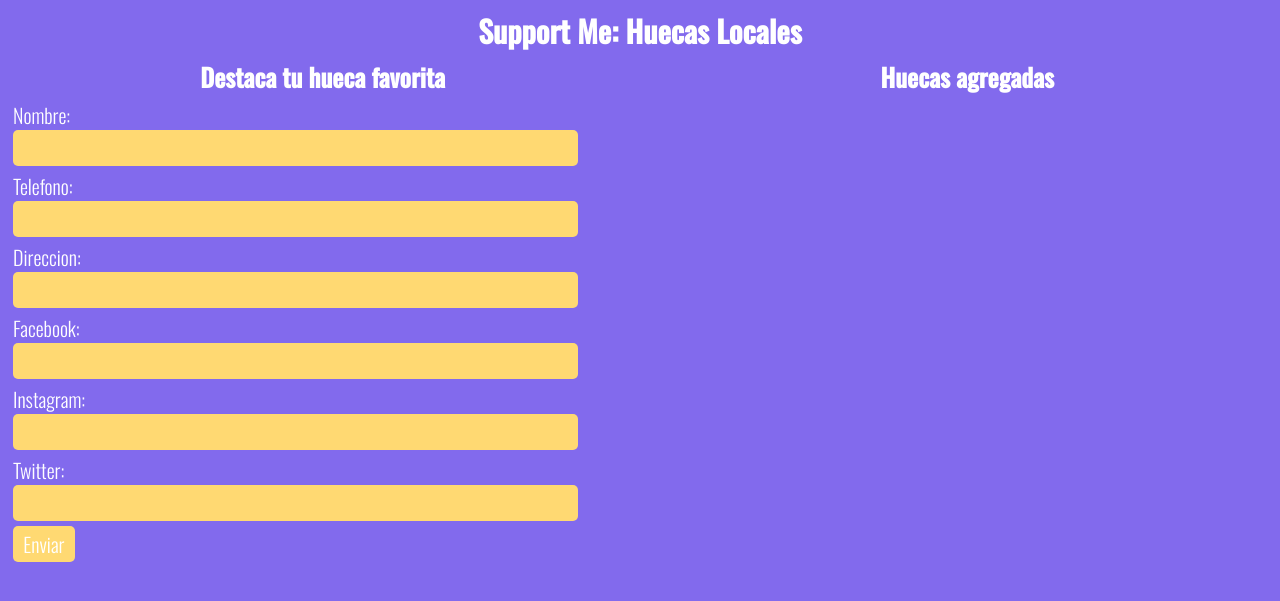
Repository: renzopachecoj/huecas-website
Page: index.html
An editor plug-in stored every save of this project. The page is shown before and after the next save, followed by the edit.
The browser window is 1280 px wide. The pictures show the whole page.

Above is the page before, as saved 2020-08-01 15:38:46.

### index.html
<!DOCTYPE html>
<html>
<head>
    <title>Huecas</title>
    <link rel="stylesheet" href="styles.css">
</head>
<body>
    <h1>Support Me: Huecas Locales</h1>
    <div id="content">
    <div class="col">
        <h2>Destaca tu hueca favorita</h2>
        <form action="huecas.php" method="post">
            Nombre: <input type="text" name="nombre"><br>
            Telefono: <input type="tel" name="telefono"><br>
            Direccion: <input type="text" name="direccion"><br>
            Facebook: <input type="url" name="facebook"><br>
            Instagram: <input type="url" name="instagram"><br>
            Twitter: <input type="url" name="twitter"><br>
            <input type="submit" value="Enviar">
        </form>
    </div>
    <div class="col">
        <h2>Huecas agregadas</h2>
    </div>
</div>
</body>
</html>

### styles.css
@import url('https://fonts.googleapis.com/css2?family=Oswald:wght@300;500&display=swap');

* {
    font-family: 'Oswald', sans-serif;
    font-weight: lighter;
    font-size: 20px;
    color: #fff;
}
body{
    background-color: #826AED;
}
h1{
    font-size: 30px;
    font-weight: bold;
    width: 100%;
    text-align: center;
    margin: 5px 0px 5px 0px;
}
h2{
    font-size: 25px;
    font-weight: bold;
    width: 100%;
    text-align: center;
    margin: 0px 0px 5px 0px;
}
.col{
    display: flex;
    flex-direction: column;
    width: 49%;
}
#content{
    display: flex;
    flex-direction: row;
    float: left;
    column-gap: 2%;
    width: 100%;
    margin: 0px 5px 5px 5px;
}
input{
    width: 90%;
    border-radius: 5px;
    border-color: transparent;
    background-color: #FFD972;
    margin-bottom: 5px;
}
input[value="Enviar"]{
    width: 10%;
    z-index: 100;
}

After the next save:
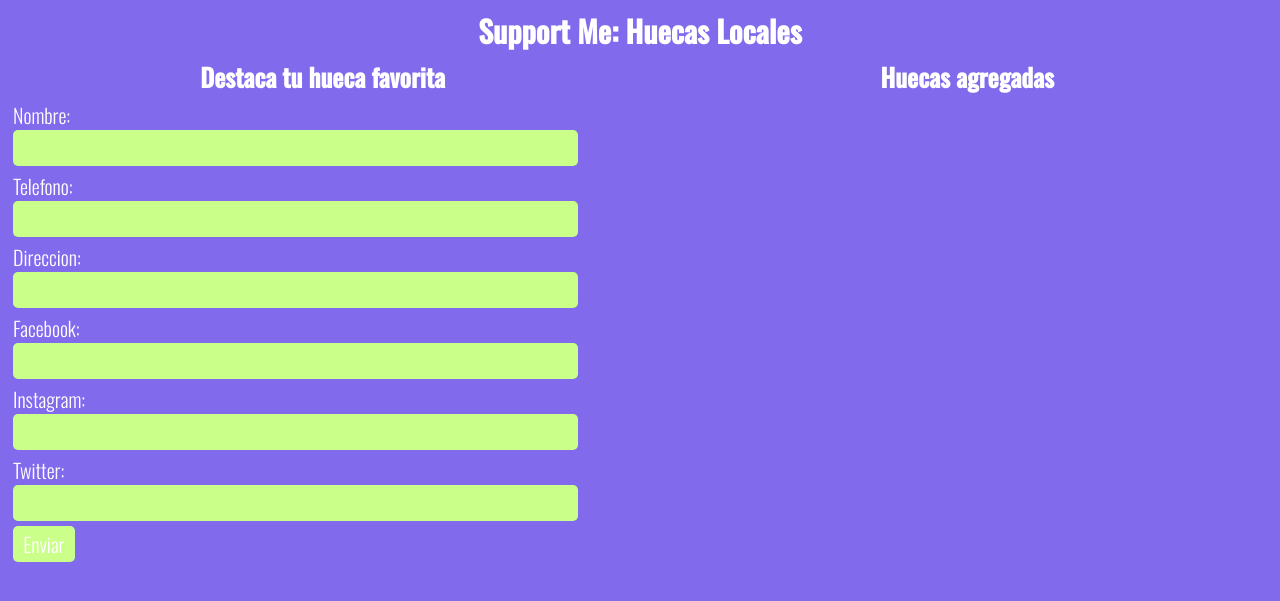
Saved 43 s later.
--- a/styles.css
+++ b/styles.css
@@ -40,7 +40,7 @@ input{
     width: 90%;
     border-radius: 5px;
     border-color: transparent;
-    background-color: #FFD972;
+    background-color: #CAFF8A;
     margin-bottom: 5px;
 }
 input[value="Enviar"]{
